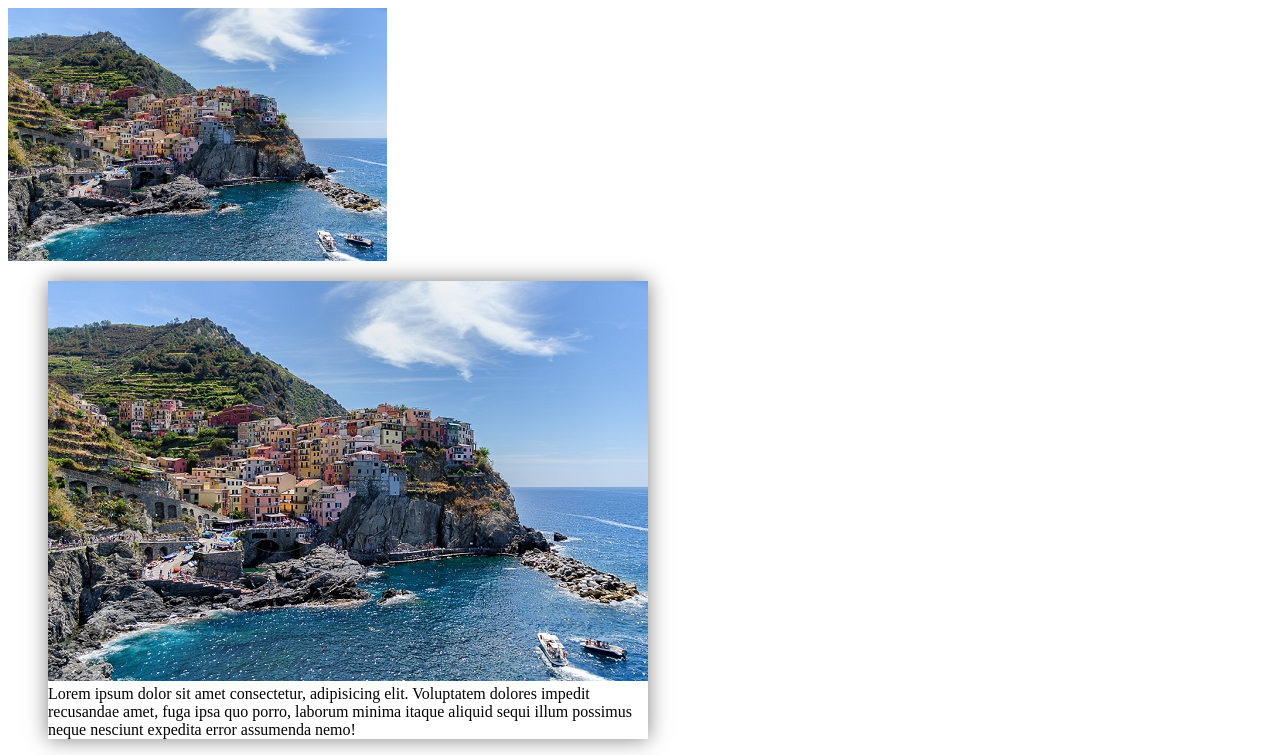
Repository: EmanuelUrbano/introducao_a_tecnologias
Page: 05_05_2022/dropdown_image/index.html
The author's editor kept a copy of each file at every save. The page is drawn from the files as they stood at one save, then again after the next save.
The browser window is 1280 px wide. The pictures show the whole page.

Above is the page before, as saved 2022-05-10 08:07:30.

After the next save:
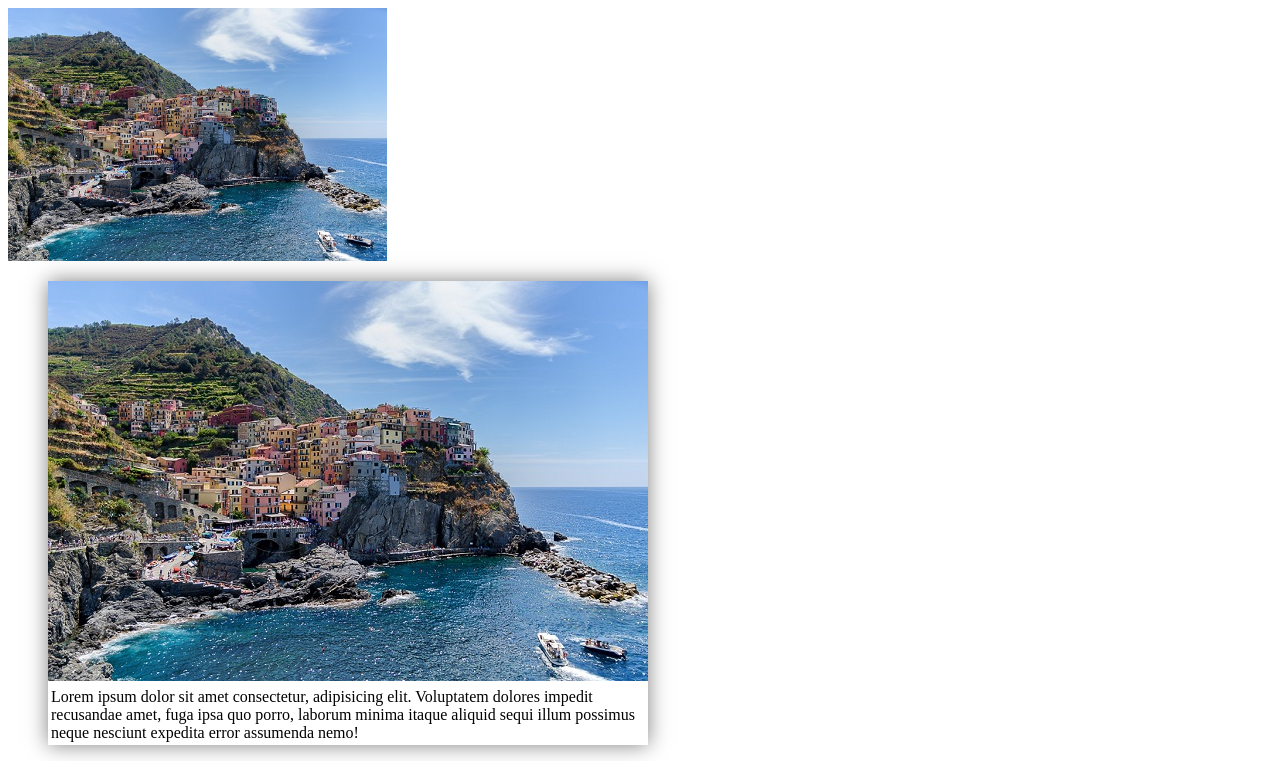
Saved 35 s later.
--- a/05_05_2022/dropdown_image/style.css
+++ b/05_05_2022/dropdown_image/style.css
@@ -13,3 +13,7 @@ figure>img{
     width: 100%;
     height:auto;
 }
+
+figure>figcaption{
+    padding: 3px;
+}
